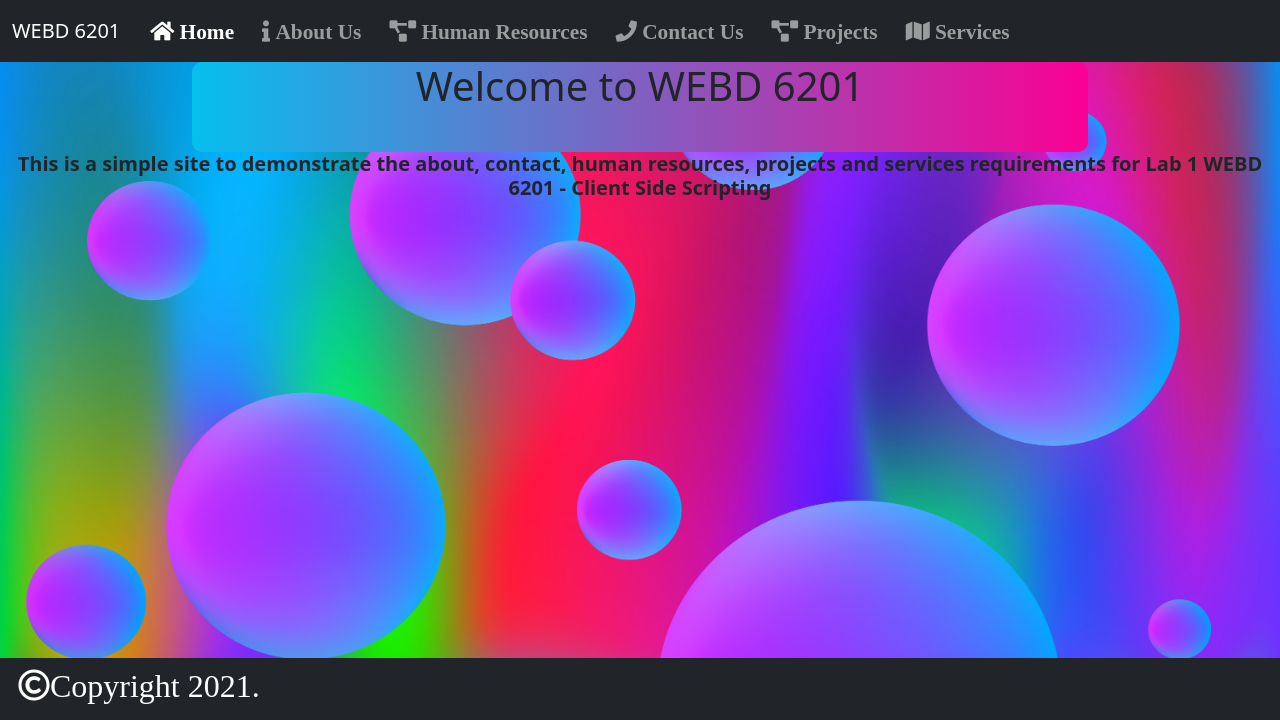
Repository: vans12345678/WEBD6201-W2021-Lab2
Page: index.html
The author's editor kept a copy of each file at every save. The page is drawn from the files as they stood at one save, then again after the next save.
The browser window is 1280 px wide. The pictures show the whole page.

Above is the page before, as saved 2021-02-25 20:15:05.

### index.html
<!--Index.html
Name: Andre Agrippa, Michai Pryce
Date: 02/05/2021
-->
<!DOCTYPE html>
<html lang="en">
<head>
    <meta charset="UTF-8">
    <meta name="viewport" content="width=device-width, initial-scale=1.0">
    <title>Index</title>

    <!-- CSS Section -->
    <link rel="stylesheet" href="./node_modules/bootstrap/dist/css/bootstrap.min.css">
    <link rel="stylesheet" href="./node_modules/@fortawesome/fontawesome-free/css/all.min.css">
    <link rel="stylesheet" href="./Content/app.css">
</head>
<body class ="Vapor">
  <!-- Main Header -->
    <header>
      <!-- Main Navigation -->
        <nav class="navbar navbar-expand-lg navbar-dark bg-dark">
            <div class="container-fluid">
              <a id ="navHome" class="navbar-brand" href="index.html"></a>
              <button class="navbar-toggler" type="button" data-bs-toggle="collapse" data-bs-target="#navbarSupportedContent" aria-controls="navbarSupportedContent" aria-expanded="false" aria-label="Toggle navigation">
                <span class="navbar-toggler-icon"></span>
              </button>
              <div class="collapse navbar-collapse" id="navbarSupportedContent">
                <ul id = "ulNav" class="navbar-nav me-auto mb-2 mb-lg-0">
                  <li class="nav-item">
                    <a  class="nav-link active" aria-current="page" href="index.html"><i id ="navIndex"class = "fas fa-home fa-lg"></i></a>
                  </li>
                  <li class="nav-item" id ="navAbout">
                    <a  class="nav-link " aria-current="page" href="about.html"><i id ="navAboutItem"class = "fas fa-info fa-lg"></i></a>
                  </li>
                  <li class="nav-item">
                    <a  class="nav-link " aria-current="page" href="contact.html"><i id ="navContact"class = "fas fa-phone fa-lg"></i></a>
                  </li>
                  <li class="nav-item">
                    <a  class="nav-link" aria-current="page" href="projects.html"><i id ="navProjects" class ="fas fa-project-diagram fa-lg">Products</i></a>
                  </li>
                  <li class="nav-item">
                    <a  class="nav-link " aria-current="page" href="services.html"><i id ="navServices"class = "fas fa-map fa-lg"></i></a>
                  </li>
                  <li class="nav-item" id ="navLogin">
                    <a  class="nav-link " aria-current="page" href="login.html"><i class = "fas fa-map fa-lg"></i></a>
                  </li>
                </ul>
              </div>
            </div>
          </nav>
    </header>
  <!-- Main Contents -->
    <main>
        <h1 id = "indexTitle" class = "container text-center"></h1>
        <h2 id="indexParagraph" class="fs-5 fw-bold text-center"></h2>
    </main>
    <!-- Main Footer -->
    <footer>
        <nav class="navbar fixed-bottom navbar-dark bg-dark">
            <div class="container-fluid">
                <h4><i id = "footer" class="far fa-copyright fa-lg site-footer"></i></h4>
            </div>
          </nav>
    </footer>
    <!-- Script Section -->
    <script src="./node_modules/jquery/dist/jquery.min.js"></script>
    <script src="./node_modules/bootstrap/dist/js/bootstrap.bundle.min.js"></script>
    <script src="./Scripts/namespace.js"></script>
    <script src="./Scripts/user.js"></script>
    <script src="./Scripts/app.js"></script>
</body>
</html>

### Content/app.css
/* custom css goes here */
.Vapor {
    background-image: url('../images/vapor.jpg');
    background-repeat: no-repeat;
    background-attachment: fixed;
    background-size: 100% 100%;
  }
  a {
    color: greenyellow;
  }
  .textFont
  {
    font-family: Arial, Helvetica, sans-serif;
    line-height: 32px;
  }
  body
  {
    background-color: rgb(90, 90, 90);
  }
  h1.container{
    border-radius: 10px;
    width: 70%;
    height: 90px;
    margin: 0px auto;
    background: linear-gradient(90deg,#06bfee,#fb0093)
  }
  h1.projects{
    background-color: white;
  }
  .contact-table{
    width: 100%;
    margin:  50px auto;
    background-color: white;
  }
  .contact-form
  {
    width: 100%;
    margin:  100px auto;
  }
  .warnMessage
  {
    width: 90%;
    margin:  50px;
  }
  .site-footer {
    color:white;
  }
  .formMargin
  {
    margin: 35px 70px;
  }
  .inputMargin
  {
    margin: 5px 10px;
  }
  .fromBackground
  {
    background-color: rgba(20, 174, 235, 0.822);
    border: 5px solid rgb(0, 238, 255);

  }
  i{
    margin:7px 6px;
  }

### Scripts/namespace.js
//Namespace core
let core;

### Scripts/user.js
"use strict";
// User Class

((core)=>
{
  class User {
    // getters and setters
    get DisplayName()
    {
      return this.m_displayName;
    }

    set DisplayName(value)
    {
      this.m_displayName = value;
    }

    get EmailAddress()
    {
      return this.m_emailAddress;
    }

    set EmailAddress(value)
    {
      this.m_emailAddress = value;
    }

    get Username()
    {
      return this.m_username;
    }

    set Username(value)
    {
      this.m_username = value;
    }
    get Password()
    {
      return this.m_password;
    }

    set Password(value)
    {
      this.m_password = value;
    }

    // constructor
    /**
     * Creates an instance of user
     * @param {string} displayName
     * @param {string} emailAddress
     * @param {string} username
     * @param {string} password
     */
    constructor(displayName = "", emailAddress = "", username = "", password = "")
    {
      this.DisplayName = displayName;
      this.EmailAddress = emailAddress;
      this.Username = username;
      this.Password = password;

    }

    // methods

    /**
     * This method overrides the built-in toString method for the User class
     *
     * @returns {string}
     */
    toString()
    {
      return `Display Name     : ${this.DisplayName}\nEmail Address : ${this.EmailAddress}\nUser Name : ${this.Username}`;
    }

    /**
     * This method returns a JSON object made up of the properties of the User class
     *
     * @returns {Object}
     */
    toJSON()
    {
      return {
        "DisplayName": this.DisplayName,
        "EmailAddress": this.EmailAddress,
        "Username":this.Username
      }
    }

    /**
     * This method takes a JSON data object and assigns the value to the User class properties
     *
     * @param {Object} data
     */
    fromJSON(data)
    {
      this.DisplayName = data.DisplayName;
      this.EmailAddress = data.EmailAddress;
      this.Username = data.Username;
      this.Password = data.Password;
    }

    /**
     * This method converts the User into a comma-separated value string
     *
     * @returns {string}
     */
    serialize()
    {
      if(this.DisplayName !== "" && this.EmailAddress !== "" && this.Username !== "")
      {
        return `${this.DisplayName},${this.EmailAddress},${this.Username}`;
      }
      else
      {
        console.error("One or more properties of the User is empty");
        return null;
      }
    }

    /**
     * This method takes a comma-separated data string and assigns the values to the User class properties
     *
     * @param {string} data
     * @return {void}
     */
    deserialize(data)
    {
      let propertyArray = data.split(",");
      this.DisplayName = propertyArray[0];
      this.EmailAddress = propertyArray[1];
      this.Username = propertyArray[2];
    }
  }

  core.User = User;

})(core || (core={}));

### Scripts/app.js
/************************************************************
 * Name: Andre Agrippa, Michai Pryce
 * Date: 01/20/2021
 * Description: This file adds functionality to the Home,
 * About Us, Human Resources, Contact Us, Projects and Services
 * pages.
 * Date Completed:
 */

"use strict";


(function(){

    /**
     * Display Nav bar function to display nav and footer
     */
    function DisplayNav()
    {
        let navTextElement = document.getElementById("navHome").textContent = "WEBD 6201";
        navTextElement = document.getElementById("navIndex").textContent = " Home";
        navTextElement = document.getElementById("navAboutItem").textContent = " About Us";

        let navAboutElement = document.getElementById("navAbout");
        let hrListItem = document.createElement("li");
        hrListItem.setAttribute("id", "liHumanResources");
        hrListItem.setAttribute("class", "nav-item");
        let navbar = document.getElementById("ulNav").appendChild(hrListItem);
        hrListItem.innerHTML = `<a class="nav-link" aria-current="page" href="human-resources.html">
        <i id ="navHumanResources" class ="fas fa-project-diagram fa-lg"> Human Resources</i></a>`;
        if(document.title === "Human Resources"){
            hrListItem.innerHTML = `<a class="nav-link active" aria-current="page" href="human-resources.html">
            <i id ="navHumanResources" class ="fas fa-project-diagram fa-lg"> Human Resources</i></a>`;
        }

        navAboutElement.after(hrListItem);

        navTextElement = document.getElementById("navContact").textContent = " Contact Us";
        navTextElement = document.getElementById("navProjects").textContent = " Projects";
        navTextElement = document.getElementById("navServices").textContent = " Services";
        navTextElement = document.getElementById("navLogin").innerHTML = ` Login`;
        navTextElement = document.getElementById("footer").textContent = "Copyright 2021.";
    }

    /**
     * Display home to display index page
     */
    function displayHome()
    {
        DisplayNav();
        let introText = "This is a simple site to demonstrate the about, contact, human resources, projects and services requirements for Lab 1 WEBD 6201 - Client Side Scripting";
        let titleText = "Welcome to WEBD 6201";

        let introTextElement = document.getElementById("indexTitle").textContent = titleText;
        introTextElement = document.getElementById("indexParagraph").textContent = introText;

    }
    /**
     * Display about to display about the creators
     */
    function displayAbout()
    {
        DisplayNav();

        //About Andre
        let aboutElement = document.getElementById("aboutTitle").textContent = "About Us";
        aboutElement = document.getElementById("aboutAText");
        aboutElement.innerHTML = `<h1>Andre Agrippa:</h1>
        <p class = "">I'm a 2nd year student at Durham College in the Computer Programming and Analysis program. I've been
        coding for several years now because I enjoy it and always looking to improve in this aspect.</p>
        <a class = "fa-lg" href="./resumes/andre_resume.pdf" download>Resume Download</a></br></br>
        <img src="./images/aa.jpg" alt="" style="width:500px;height:450px;">`;

        //About Michai
        aboutElement.innerHTML += `<h1>Michai Pryce:</h1>
        <p class = ""> Hello, I am in my final year in the Computer Programming Program at Durham College. I love
        to code and learn about the evergrowing advancements in technology. This is the demonstration for our first lab!
        </p>
        <a class = "fa-lg" href="./resumes/Copy_of_Resume.docx" download>Resume Download</a></br></br>
        <img src="./images/m.jpg" alt="" style="width:500px;height:450px;">`;

    }
    /**
     * Display top 3 projects page
     */
    function displayProjects()
    {
        DisplayNav();

        //Projects 1
        let projectsElement = document.getElementById("projectsTitle").textContent = "Projects";
        projectsElement = document.getElementById("projectsText").innerHTML =
        `<h3>Project One: COBOL Item List</h3>
        <p>This project reads records from a .dat file, performs calculations on the data then outputs it to a .out file neatly formatted.</p>
        <img src="./images/p1.png" alt="" style="width:800px;height:500px;">`;

        //Projects 2
        projectsElement = document.getElementById("projectsText").innerHTML +=
        `<h3>Project Two: C#, XAML, MDF  Preferred Shares and Common Shares</h3>
        <p>This project uses XAML for the windows form and a database to keep track of common and preferred shares.
        The database keeps track of how many shares(common/preferred) are  available and validation is applied.</p>
        <img src="./images/p2.png" alt="" style="width:800px;height:500px;">`;

        //Projects 3
        projectsElement = document.getElementById("projectsText").innerHTML +=
        `<h3>Project Three: ASP.NET and MVC Framework Animal Shelter</h3>
        <p>This project is a web application that keeps track of animals, owners, appointment and login info in a database.
        Relational database concepts are applied.</p>
        <img src="./images/p3.png" alt="" style="width:800px;height:500px;">`;

    }
    /**
     * Display top 3 services page
     */
    function displayServices()
    {
        DisplayNav();

        //Services 1
        let servicesElement = document.getElementById("servicesTitle").textContent = "Services";
        servicesElement = document.getElementById("servicesText").innerHTML =
        `<h3>Web Development:</h3>
        <p>We offer a variety of different web development (Front-end, Back-end, Databases). Languages (PHP, ASP.NET, JavaScript)</p>
        <img src="./images/s1.jpg" alt="" style="width:800px;height:500px;">`;

        //Services 2
        servicesElement = document.getElementById("servicesText").innerHTML +=
        `<h3>OOP Programming</h3>
        <p>We offer a variety of different Object Oriented Programming. We're experienced with C#, C++, Java etc.
        Whether it be windows forms applications, console applications GUI, etc.</p>
        <img src="./images/s2.png" alt="" style="width:800px;height:500px;">`;

        //Services 3
        servicesElement = document.getElementById("servicesText").innerHTML +=
        `<h3>Database Management System</h3>
        <p>It's been almost 3 years since we've had experience in database development. We've used software such as
        Microsoft SQL Server and PgAdmin4. Experienced with relational database concepts.</p>
        <img src="./images/s3.jpg" alt="" style="width:800px;height:500px;">`;


    }
    /**
     * Display contact form page
     */
    function displayContact()
    {
        DisplayNav();

        let messageArea = document.getElementById("messageArea");
        messageArea.hidden = true;

        //form validation
        let fullName = document.getElementById("fullName");
        fullName.addEventListener("blur", function()
        {
            if(fullName.value.length < 2)
            {
                fullName.focus();
                fullName.select();
                messageArea.hidden = false;
                messageArea.className = "alert alert-danger  ";
                messageArea.textContent = "Please enter an appropriate name > 2 characters";
            }
            else
            {
                messageArea.removeAttribute("class");
                messageArea.hidden = true;
            }
        });
            let sendButton = document.getElementById("sendButton");
            sendButton.addEventListener("click", function(event)
            {
                event.preventDefault();
                // //Displays twice?

                let contact = new Contact(fullName.value,contactNumber.value, emailAddress.value, shortMessage.value);

                console.log(contact.serialize());
                if(contact.serialize())
                {
                    localStorage.setItem((localStorage.length + 1).toString(),contact.serialize());

                    window.location.href = "index.html";
                }

            });

    }
    /**
     * Human resources page
     */
    function displayHumanResources()
    {
        DisplayNav();
    }
    function displayLogin()
    {
        DisplayNav();
        let messageArea = document.getElementById("messageArea");
        $("#loginButton").on("click", function ()
        {
            let username = $("#username");
            let password = $("#password");
            let success = false;
            let newUser = new core.User();

            //user ajax to access the json file
            $.get("./Data/users.json", function(data)
            {
                //Check each user in the users.json file (linear search)
                for (const user of data.users) {
                    if(username.val()== user.Username && password.val() == user.Password)
                    {
                        newUser.fromJSON(user);
                        success = true;
                        break;
                    }
                }

                //If username and password matches - success, then login
                if(success)
                {
                    //Add user to session storage
                    sessionStorage.setItem("user", newUser.serialize());

                    //hide any error messages
                    messageArea.hidden = true;

                    //redirect user to secure area (contact list?)
                    location.href = "index.html";
                }
                else
                {
                    //display error message
                    username.trigger("focus").trigger("select");
                    messageArea.hidden = false;
                    messageArea.className = "alert alert-danger text-center";
                    messageArea.textContent = "Error: Invalid login information";
                    //messageArea.show().addClass("alert alert-danger").text("Error: Invalid login information");
                }
            });
        });
    }
    function displayRegister()
    {
        DisplayNav();
    }

    function toggleLogin()
    {
        //if the user is logged in
        if(sessionStorage.getItem("user"))
        {
            //change login to logout
            $("#navLogin").html(
                `<a class="nav-link" aria-current="page" href="#"><i id="navLogout"class="fas fa-sign-out-alt fa-lg"></i></a>`
            );

            let navTextElement = document.getElementById("navLogout").innerHTML = ` Logout`;


            //Add functionality to logout button
            $("#navLogout").on("click", function()
            {
                //terminate session
                sessionStorage.clear();

                //redirect back to login page
                location.href = "login.html";
            });

        }
    }

    /**
     * Start function, depending on document title will load specific page
     */
    function Start()
    {
        console.log("App Started...");

        //Based of title of html
        switch(document.title)
        {
            case "Index":
                displayHome();
                break;
            case "About Us":
                displayAbout();
                break;
            case "Projects":
                displayProjects();
                break;
            case "Services":
                displayServices();
                break;
            case "Contact Us":
                displayContact();
                break;
            case "Contact-List":
                displayContactList();
                break;
            case "Human Resources":
                displayHumanResources();
                break;
            case "Login":
                displayLogin();
                break;
            case "Register":
                displayRegister();
                break;
        }

        toggleLogin();

    }

    window.addEventListener("load", Start);

    core.Start = Start;

})(core || (core={}));

Loaded but not shown: node_modules/bootstrap/dist/css/bootstrap.min.css (library); node_modules/@fortawesome/fontawesome-free/css/all.min.css (library); node_modules/jquery/dist/jquery.min.js (library); node_modules/bootstrap/dist/js/bootstrap.bundle.min.js (library)

After the next save:
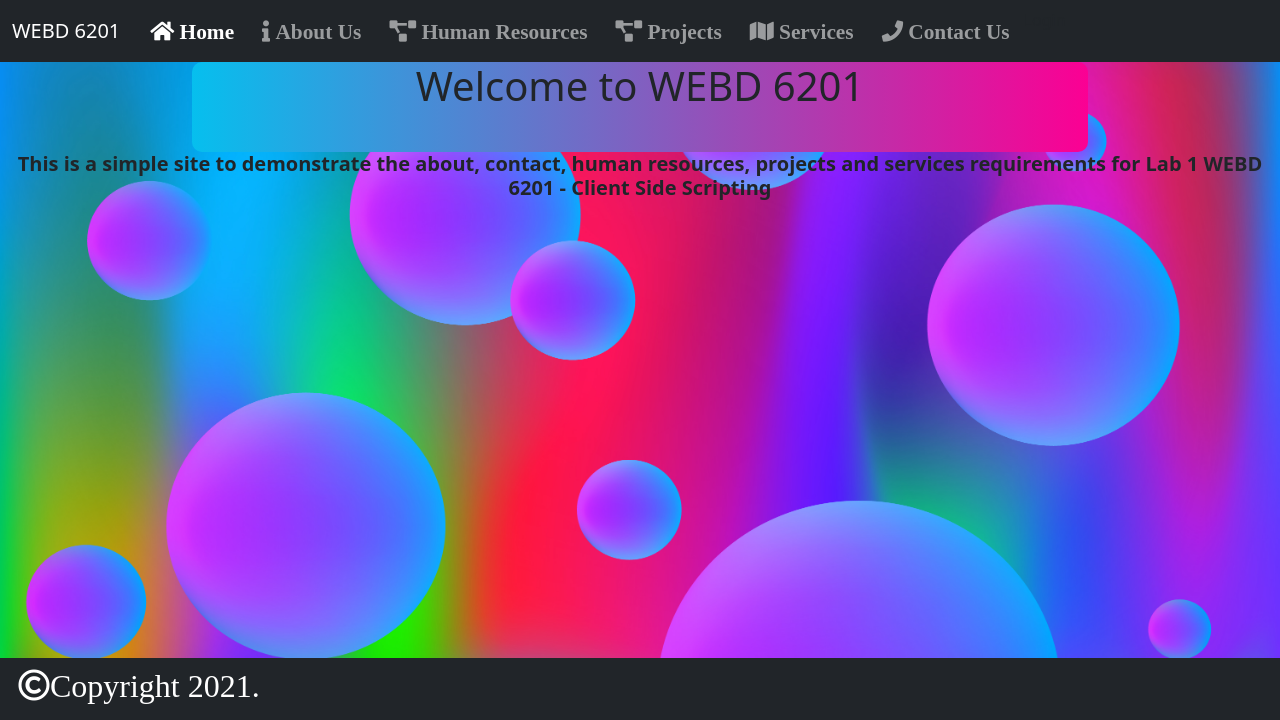
Saved 119 s later.
--- a/index.html
+++ b/index.html
@@ -33,13 +33,13 @@ Date: 02/05/2021
                     <a  class="nav-link " aria-current="page" href="about.html"><i id ="navAboutItem"class = "fas fa-info fa-lg"></i></a>
                   </li>
                   <li class="nav-item">
-                    <a  class="nav-link " aria-current="page" href="contact.html"><i id ="navContact"class = "fas fa-phone fa-lg"></i></a>
-                  </li>
-                  <li class="nav-item">
                     <a  class="nav-link" aria-current="page" href="projects.html"><i id ="navProjects" class ="fas fa-project-diagram fa-lg">Products</i></a>
                   </li>
                   <li class="nav-item">
                     <a  class="nav-link " aria-current="page" href="services.html"><i id ="navServices"class = "fas fa-map fa-lg"></i></a>
+                  </li>
+                  <li class="nav-item">
+                    <a  class="nav-link " aria-current="page" href="contact.html"><i id ="navContact"class = "fas fa-phone fa-lg"></i></a>
                   </li>
                   <li class="nav-item" id ="navLogin">
                     <a  class="nav-link " aria-current="page" href="login.html"><i class = "fas fa-map fa-lg"></i></a>
